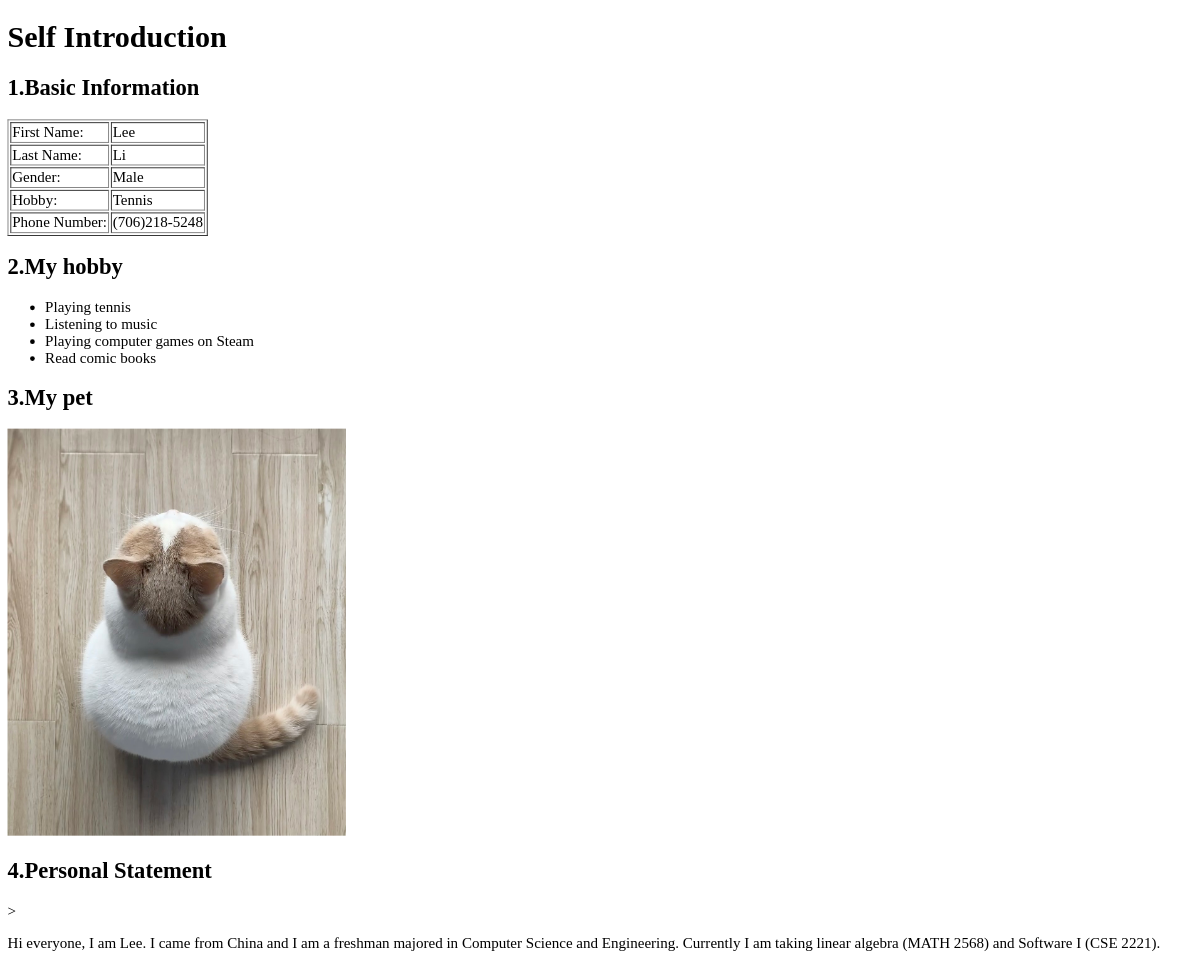
Repository: RigelLM/Java-Learning
Page: HomePage/public/Index.html
The author's editor kept a copy of each file at every save. The page is drawn from the files as they stood at one save, then again after the next save.
The browser window is 1280 px wide. The pictures show the whole page, at 94% of full size.

Above is the page before, as saved 2023-01-17 17:29:11.

After the next save:
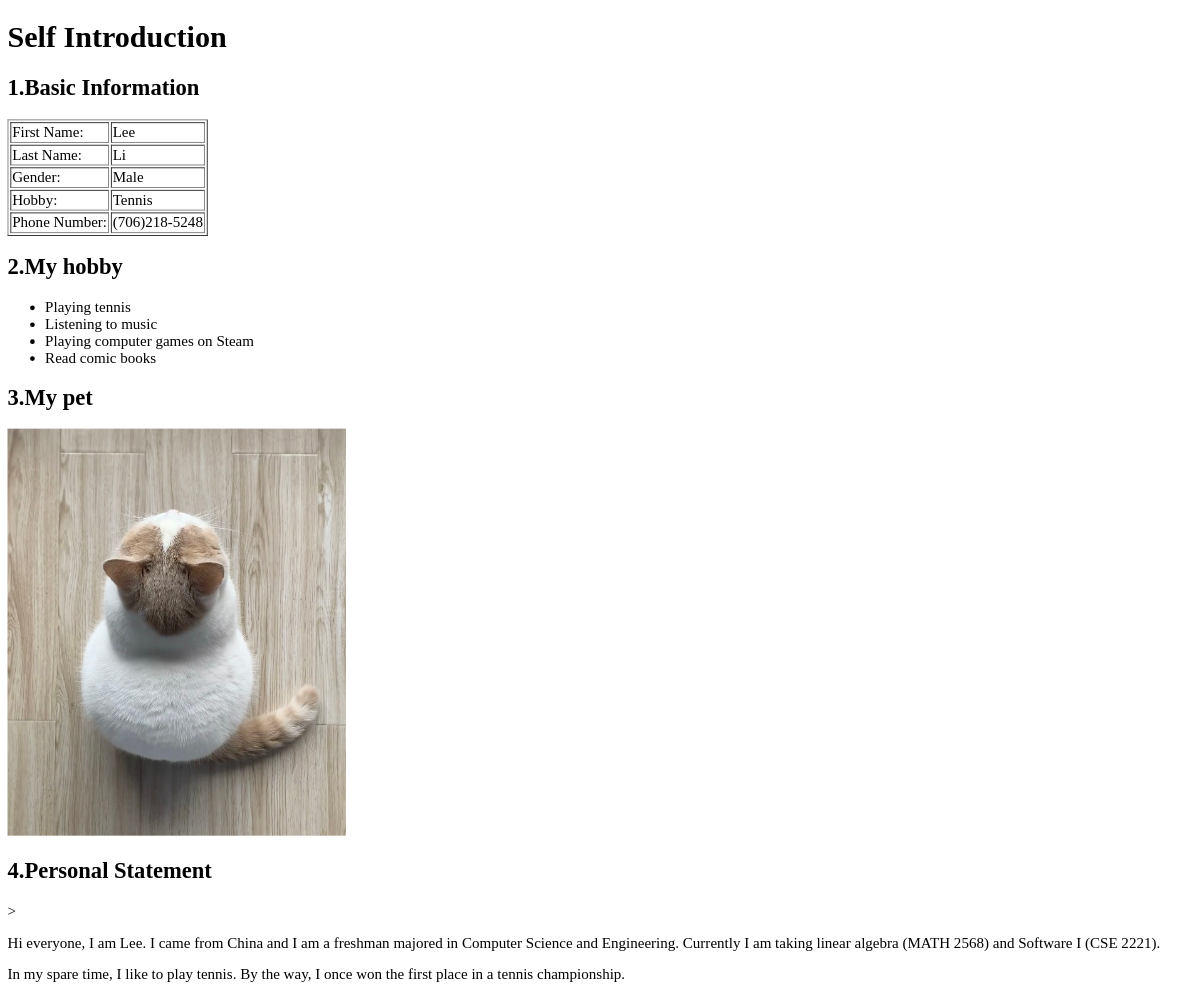
Saved 2 min 17 s later.
--- a/HomePage/public/Index.html
+++ b/HomePage/public/Index.html
@@ -38,6 +38,7 @@
 <h2>3.My pet</h2>
 <img src="cat.jpg" alt="My Cat" width="360" height="433">
 <h2>4.Personal Statement</h2>>
-<p>Hi everyone, I am Lee. I came from China and I am a freshman majored in Computer Science and Engineering. Currently I am taking linear algebra (MATH 2568) and Software I (CSE 2221). </p>
+<p>Hi everyone, I am Lee. I came from China and I am a freshman majored in Computer Science and Engineering. Currently I am taking linear algebra (MATH 2568) and Software I (CSE 2221).</p>
+<p>In my spare time, I like to play tennis. By the way, I once won the first place in a tennis championship. </p>
 </body>
 </html>
